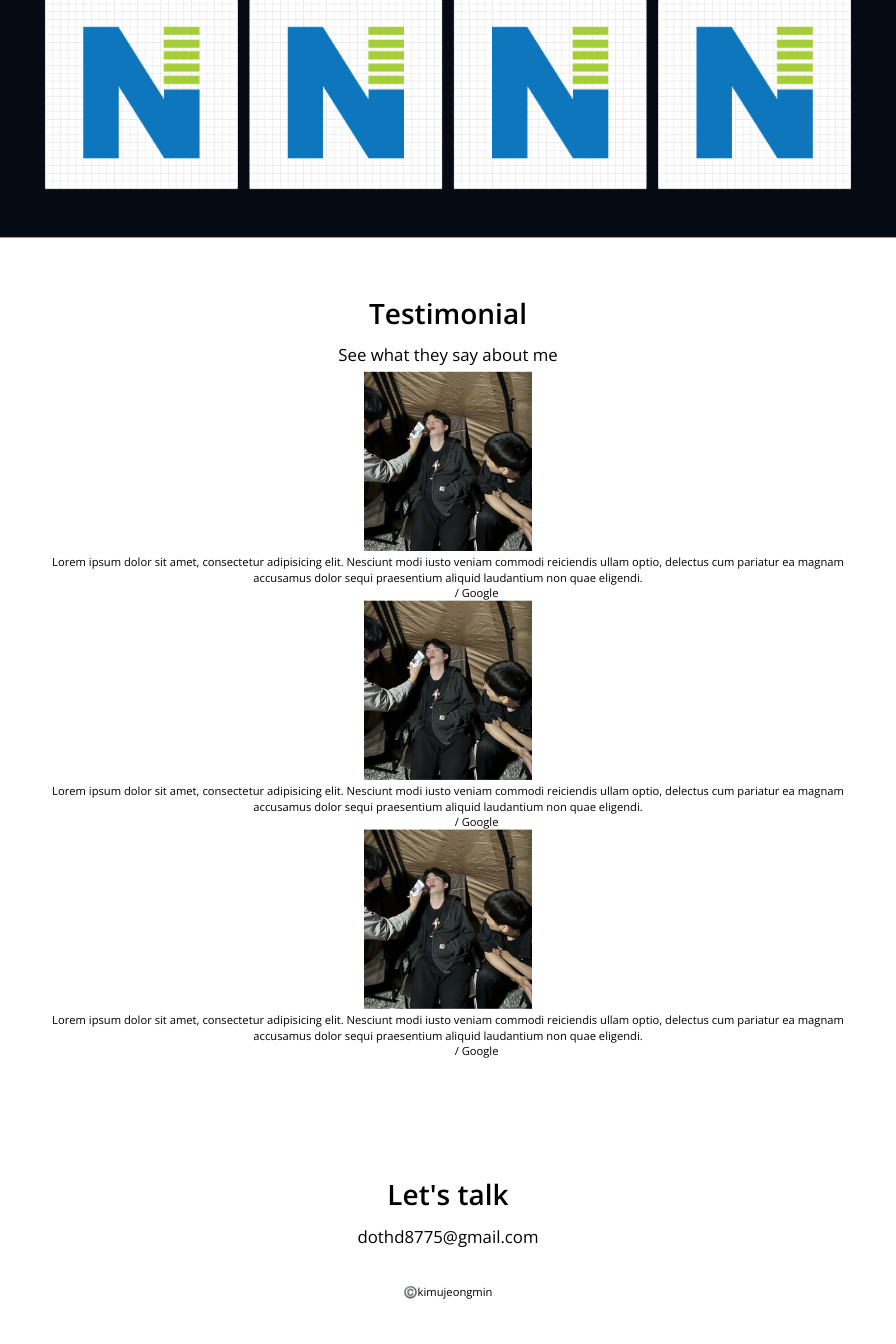
Repository: N1C0N1C0/Portfolio
Page: index.html
An editor plug-in stored every save of this project. The page is shown before and after the next save, followed by the edit.
The browser window is 1280 px wide. The pictures show the part of the page from y = 2913 to 4833 px (the page is 4833 px tall), at 70% of full size.
Some web libraries are served in a nearby version.

Above is the page before, as saved 2023-12-17 02:12:32.

After the next save:
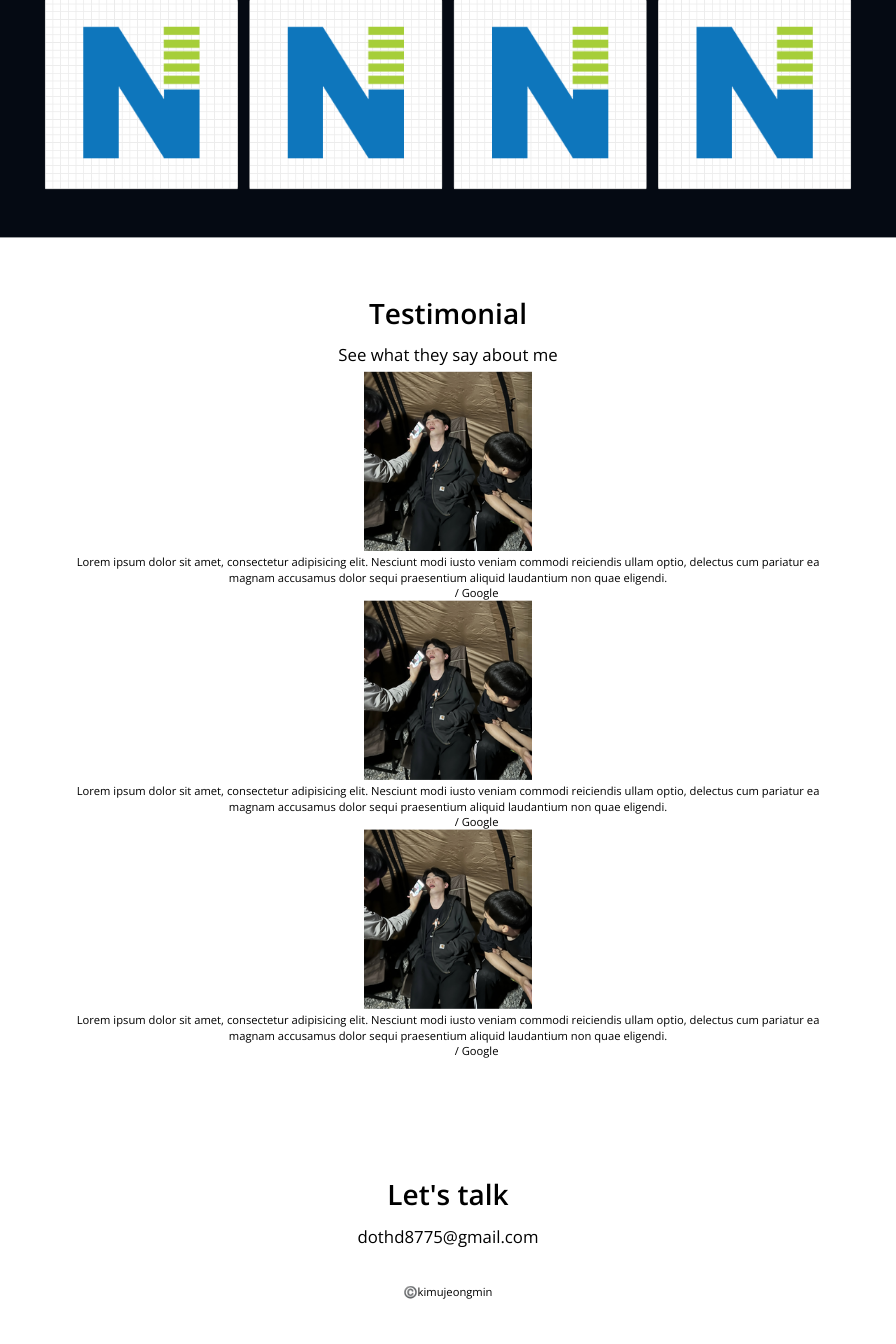
Saved 113 s later.
--- a/index.html
+++ b/index.html
@@ -219,7 +219,7 @@
             </div>
         </section>
         <!-- Testimonials -->
-        <section id="testimonials" class="section">
+        <section id="testimonials" class="section max-container">
             <h2 class="title">Testimonial</h2>
             <p class="description">See what they say about me</p>
             <ul>
